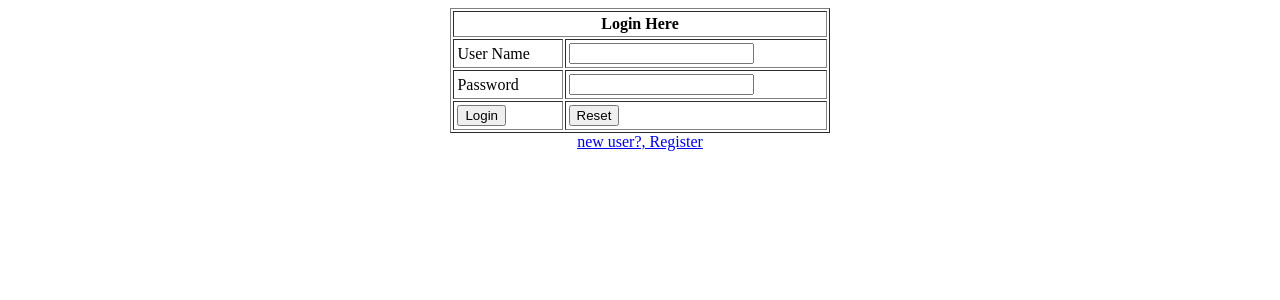
Repository: balu-sadanandan/demo-Shopping-cart-application
Page: http://localhost/shopping-cart/
An editor plug-in stored every save of this project. The page is shown before and after the next save, followed by the edit.
The browser window is 1280 px wide. The pictures show the whole page.
The page is served by Tomcat 9.

Above is the page before, as saved 2017-09-15 12:44:39.

After the next save:
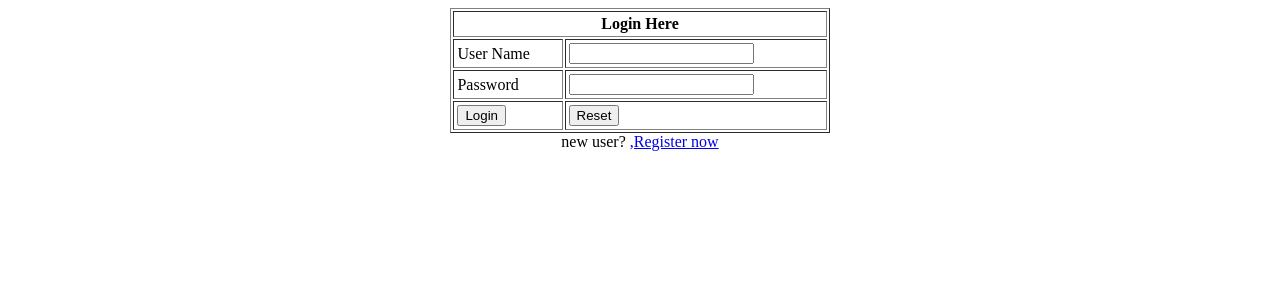
Saved 62 s later.
--- a/shopping-cart/WebContent/login1.jsp
+++ b/shopping-cart/WebContent/login1.jsp
@@ -30,8 +30,10 @@
 
                 </tbody>
             </table>
-
-            <a href="register">new user?, Register</a>
+            <td>
+            new user?
+            <a href="register">,Register now</a>
+            </td>
             </center>
         </form>
     </body>
